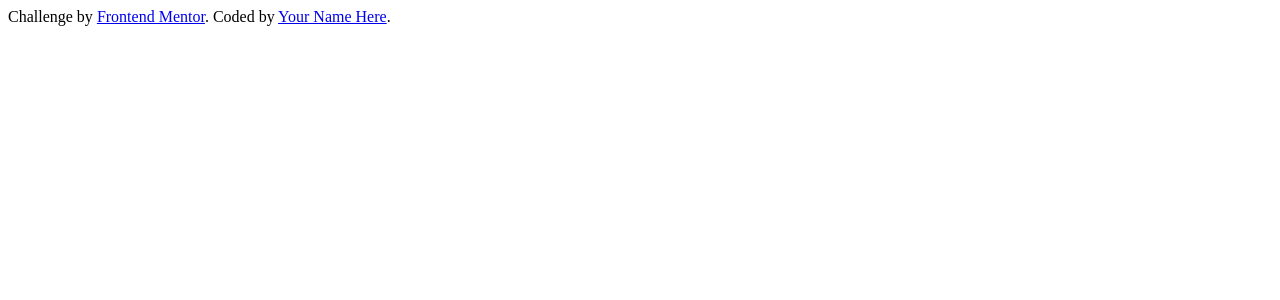
Repository: OmniaRafat232111121/easybank-landing-page-master
Page: index.html
The author's editor kept a copy of each file at every save. The page is drawn from the files as they stood at one save, then again after a run of saves.
The browser window is 1280 px wide. The pictures show the whole page.

Above is the page before, as saved 2022-07-11 14:31:33.

After the next 21 saves:
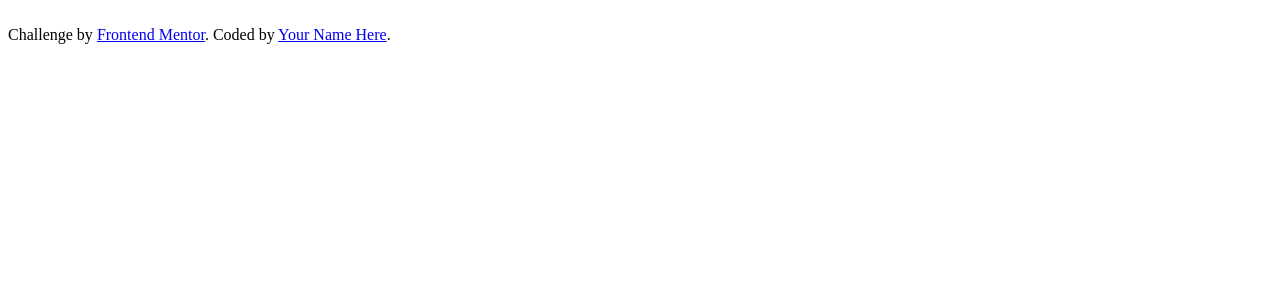
The 21 saves are shown as one change because they came seconds apart.
The last was saved 3 min 57 s later.
--- a/index.html
+++ b/index.html
@@ -15,7 +15,8 @@
 <!--Header-->
   <header class="hedaer">
     <!--navigation-->
-    <nav>
+    <nav class="nav__container">
+      <img src="" alt="" sizes="" srcset="">
 
 
     </nav>
